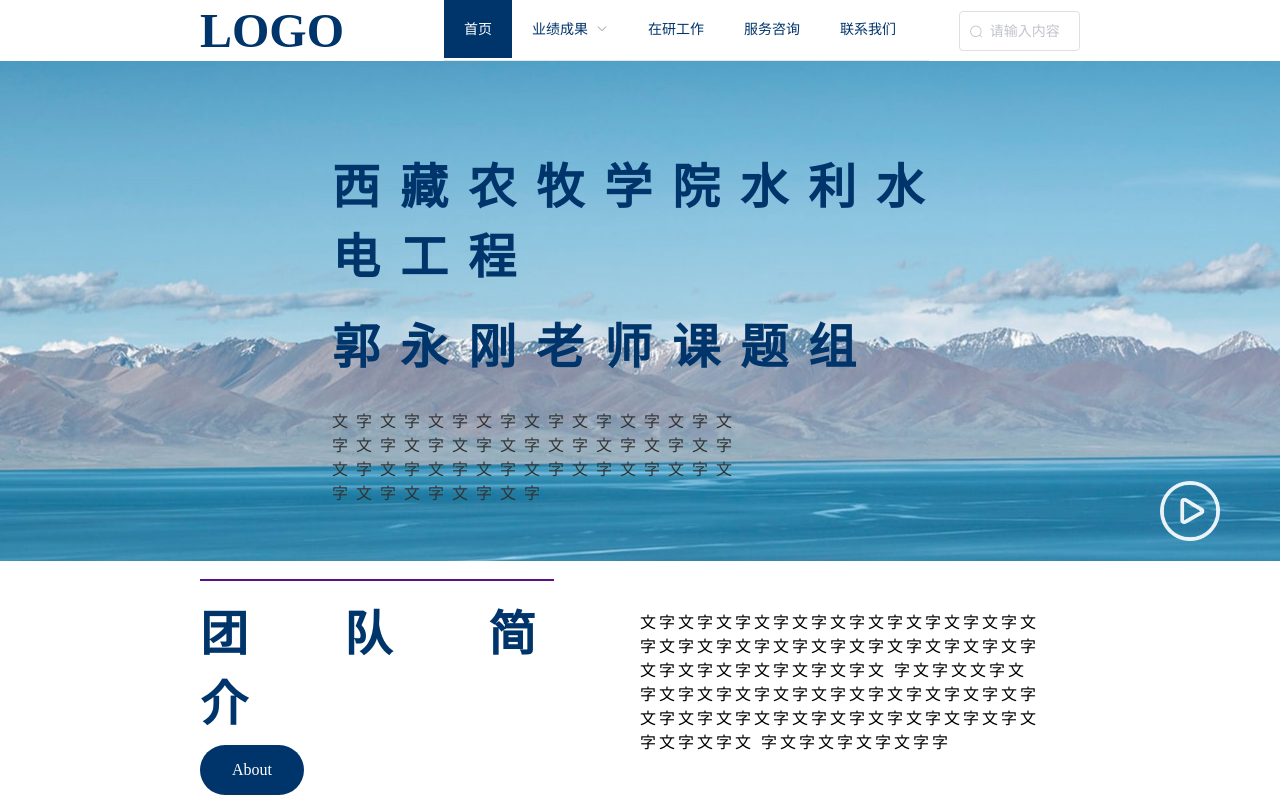
Repository: BLSY/xzust
Page: /
The author's editor kept a copy of each file at every save. The page is drawn from the files as they stood at one save, then again after the next save.
The browser window is 1280 px wide. The pictures show the whole page.
The project was rebuilt for these pictures with package versions that can differ from the ones it lists, and the page was loaded fresh each time.

Above is the page before, as saved 2022-11-27 10:05:46.

### index.html
<!DOCTYPE html>
<html>
  <head>
    <meta charset="utf-8">
    <meta name="viewport" content="width=device-width,initial-scale=1.0">
    <title>student</title>
  </head>
  <body style="margin:0;">
    <div id="app"></div>
    <!-- built files will be auto injected -->
  </body>
</html>

### src/main.js
// The Vue build version to load with the `import` command
// (runtime-only or standalone) has been set in webpack.base.conf with an alias.
import Vue from 'vue'
import App from './App'
import ElementUI from 'element-ui';
import 'element-ui/lib/theme-chalk/index.css';
import router from './router'

Vue.use(ElementUI);
Vue.config.productionTip = false

/* eslint-disable no-new */
new Vue({
  el: '#app',
  router,
  components: { App },
  template: '<App/>'
})

### src/App.vue
<template>
  <div id="app">
    <router-view/>
  </div>
</template>

<script>
export default {
  name: 'App'
}
</script>

<style>
#app {

}
</style>

### src/components/HelloWorld.vue
<template>
  <div class="indexBox">
    <div class="nav">
      <div class="login">LOGO</div>
      <div class="navList">
        <el-menu
          :default-active="activeIndex2"
          class="el-menu-demo"
          mode="horizontal"
          @select="handleSelect"
          background-color="#fff"
          text-color="#00356B"
          active-text-color="#fff"
        >
          <el-menu-item index="1">首页</el-menu-item>
          <el-submenu index="2">
            <template slot="title">业绩成果</template>
            <el-menu-item index="2-1">选项1</el-menu-item>
            <el-menu-item index="2-2">选项2</el-menu-item>
            <el-menu-item index="2-3">选项3</el-menu-item>
          </el-submenu>
          <el-menu-item index="3">在研工作</el-menu-item>
          <el-menu-item index="4">服务咨询</el-menu-item>
          <el-menu-item index="5">联系我们</el-menu-item>
        </el-menu>
      </div>
      <div class="serch">
        <el-input
          placeholder="请输入内容"
          prefix-icon="el-icon-search"
          v-model="input2"
        >
        </el-input>
      </div>
    </div>
    <div class="top">
      <div class="toptext">
        <h3 class="h-text">西藏农牧学院水利水电工程</h3>
        <h3 class="h-text" >郭永刚老师课题组</h3>
        <div class="detil">
          文字文字文字文字文字文字文字文字文字文字文字文字文字文字文字文字文字文字文字文字文字文字文字文字文字文字文字文字文字文字
        </div>

      </div>
      <div class="starvidio">
        </div>
    </div>
    <div class="team">
      <div class="team-left">
        <div class="line"></div>
        <h3 class="team-title">团队简介</h3>
        <div class="team-icon">About</div>
      </div>
      <div class="team-right">
        <div class="right-text">
          文字文字文字文字文字文字文字文字文字文字文字文字文字文字文字文字文字文字文字文字文字文字文字文字文字文字文字文
          字文字文文字文字文字文字文字文字文字文字文字文字文字文字文字文字文字文字文字文字文字文字文字文字文字文字文字文
          字文字文字文字文字字
        </div>

      </div>
    </div>
  </div>
</template>

<script>
export default {
  name: "HelloWorld",
  data() {
    return {
      activeIndex2: "1",
      input2: "",
    };
  },
  props: {
    msg: String,
  },
  methods: {
    handleSelect(key, keyPath) {
      console.log(key, keyPath);
    },
  },
};
</script>

<!-- Add "scoped" attribute to limit CSS to this component only -->
<style scoped >
*{
  list-style: none;
}
h3{
  margin: 0;
  padding: 0;
  margin: 10px 0;
}
html{
  font-size: 16px;
}
.indexBox {
  width: 100%;
  height: 100%;
  position: relative;
  box-sizing: border-box;
}
.nav {
  display: flex;
  align-items: center;
  justify-content: center;
  padding: 0 200px;
}
.login {
  flex: 1;
  display: inline-block;
  font-size: 3em;
  font-weight: bold;
  color: #00356B;
  font-family: MicrosoftYaHei;
  margin-right: 100px;
}
.navList{
  flex: 4;
  display: inline-block;
  min-width:55%;
  font-size: 2em;
}
.serch{
  flex: 1;
  display: inline-block;
  margin-left:30px ;
}
.el-menu-item.is-active{
  background: #00356B !important;
}
.top{
  box-sizing: border-box;
  background: url(../assets/topbackg.jpg) no-repeat;
  background-size:100% 100% ;
  position: relative;
  height: 500px;
  display: flex;
  align-items: center;
  justify-content: center;
  /* text-align: center; */
  overflow: hidden;
  padding: 0 200px;
}
  .toptext{
    display: inline-block;
    margin-top: 20px;
    width: 70%;
    text-align: left;
  }
  .h-text{
    display: inline-block;
    color: #00356B;
    font-size: 3em;
    letter-spacing:20px;
  }
  .detil{
    margin-top: 20px;
    display: inline-block;
    width:70%;
    font-size: 1em;
    text-align: left;
    letter-spacing: 0.5em;
    color:#333;
  }
  .starvidio{
    background: url(../assets/bapfang.png) no-repeat;
    background-size:100% 100% ;
    position: absolute;
    bottom: 20px;
    right: 60px;
    height: 60px;
    width: 60px;
  }
  .team{
    height: 240px;
    display: flex;
    flex-direction: row;
    align-items: center;
    justify-content: space-between;
    padding: 0 200px;
  }
  .team-left{
    flex: 1;
    text-align: cente;
  }
  .team-right{
    flex: 1;
  }
  .right-text{
    width: 400px;
    text-align: left;
   letter-spacing:3px;
  }
  .team-title{
    color: #00356B;
    font-size: 3em;
    letter-spacing:2em;
  }
  .line{
    display: inline-block;
    margin: auto;

    width: 80%;
    border: 1px solid #5D0E8B;
  }
  .team-icon{
    text-align: center;
    width: 104px;
    height: 50px;
    line-height: 50px;
    color: #fff;
    font-size: 1em;
    background: #00356B;
    border-radius: 25px;
  }
</style>

Loaded but not shown: src/router/index.js (common file)

After the next save:
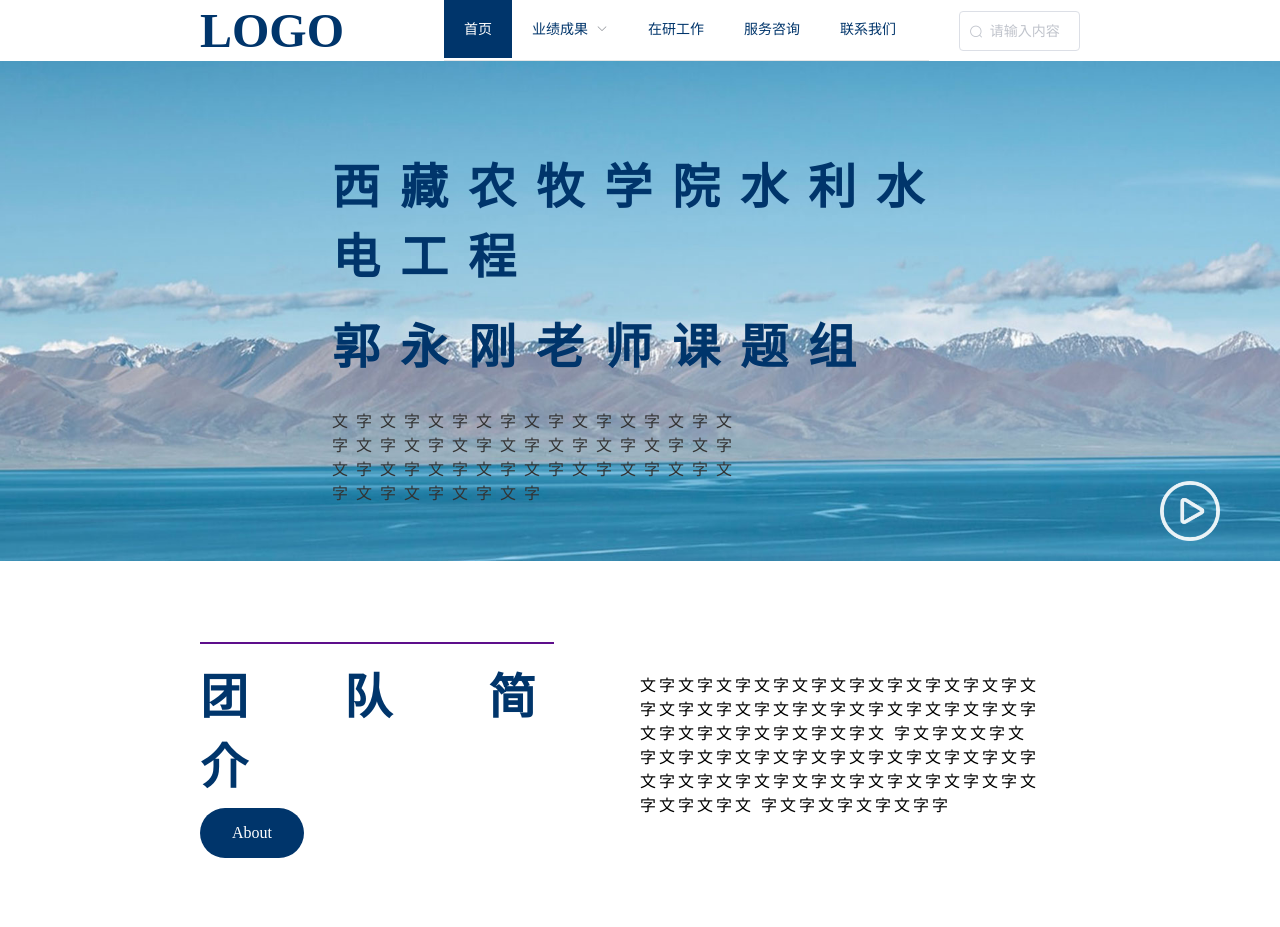
Saved 4 min 27 s later.
--- a/src/components/HelloWorld.vue
+++ b/src/components/HelloWorld.vue
@@ -175,7 +175,7 @@
     width: 60px;
   }
   .team{
-    height: 240px;
+    height: 366px;
     display: flex;
     flex-direction: row;
     align-items: center;
